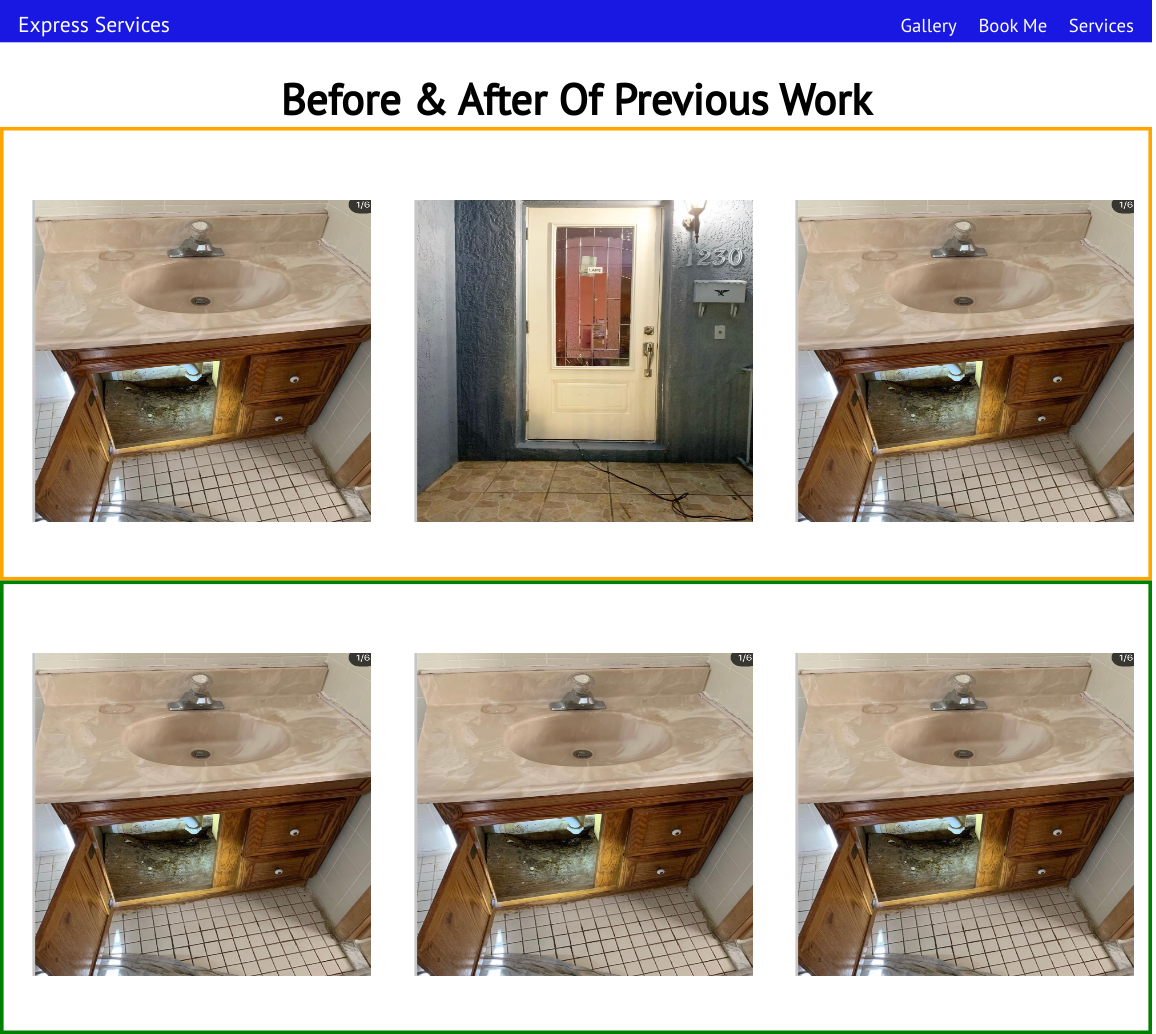
Repository: DrummerDee/mir-miami
Page: /Gallery (app in mr-miami/)
The author's editor kept a copy of each file at every save. The page is drawn from the files as they stood at one save, then again after the next save.
The browser window is 1280 px wide. The page is 1284 px wide, so the pictures cover 1284 px, including what lies to the right of the window. The pictures show the whole page, at 90% of full size.
The project was rebuilt for these pictures with package versions that can differ from the ones it lists, and the page was loaded fresh each time. Also part of the build but not shown: mr-miami/src/Styles/Services.css, mr-miami/src/Components/Services.js, mr-miami/src/Components/Homepage.js, mr-miami/src/Styles/Calendar.css, mr-miami/src/Styles/Times.css, mr-miami/src/Components/Times.js, mr-miami/src/Components/Time.js, mr-miami/src/Components/BookMe.js.

Above is the page before, as saved 2022-09-09 13:51:02.

### mr-miami/public/index.html
<!DOCTYPE html>
<html lang="en">
  <head>
    <meta charset="utf-8" />
    <link rel="icon" href="%PUBLIC_URL%/favicon.ico" />
    <meta name="viewport" content="width=device-width, initial-scale=1" />
    <meta name="theme-color" content="#000000" />
    <meta
      name="description"
      content="Web site created using create-react-app"
    />
    <link rel="apple-touch-icon" href="%PUBLIC_URL%/logo192.png" />
    <!--
      manifest.json provides metadata used when your web app is installed on a
      user's mobile device or desktop. See https://developers.google.com/web/fundamentals/web-app-manifest/
    -->
    <link rel="manifest" href="%PUBLIC_URL%/manifest.json" />
    <!--
      Notice the use of %PUBLIC_URL% in the tags above.
      It will be replaced with the URL of the `public` folder during the build.
      Only files inside the `public` folder can be referenced from the HTML.

      Unlike "/favicon.ico" or "favicon.ico", "%PUBLIC_URL%/favicon.ico" will
      work correctly both with client-side routing and a non-root public URL.
      Learn how to configure a non-root public URL by running `npm run build`.
    -->
    <title>Exotic Express Services</title>
  </head>
  <body>
    <noscript>You need to enable JavaScript to run this app.</noscript>
    <div id="root"></div>
    <!--
      This HTML file is a template.
      If you open it directly in the browser, you will see an empty page.

      You can add webfonts, meta tags, or analytics to this file.
      The build step will place the bundled scripts into the <body> tag.

      To begin the development, run `npm start` or `yarn start`.
      To create a production bundle, use `npm run build` or `yarn build`.
    -->
  </body>
</html>

### mr-miami/src/App.js
import './Styles/App.css';
import { BrowserRouter as Router, Routes, Route } from "react-router-dom";
import Navbar from "./Components/Navbar";
import Services from "./Components/Services";
import Homepage from "./Components/Homepage";
import Gallery from "./Components/Gallery";
import BookMe from "./Components/BookMe";




function App() {
  return (
    <Router>
      <Navbar />
      <Routes>
        <Route path="/" element={<Homepage />} />
        <Route path="/Gallery" element={<Gallery />} />
        <Route path="/Services" element={<Services />} />
        <Route path="/BookMe" element={<BookMe />} />
      </Routes>
    </Router>
  );
}

export default App;

### mr-miami/src/Styles/App.css
@import url('https://fonts.googleapis.com/css2?family=IBM+Plex+Sans:wght@300&family=PT+Sans&display=swap');
* {
  box-sizing: border-box;
  margin: 0;
  padding: 0;
  font-family: 'PT Sans','IBM Plex Sans', sans-serif;
}

/* Gallery Page */
.gallery__body > h1 {
  font-size: 3rem;
  text-align: center;
  margin-top: 2rem;
}

.wrapper {
  display: flex;
  justify-content: center;
  align-items: center;
  border: 0.3rem solid orange;
  height: 70vh;
}
.containers{
  width: 100%;
  display: flex;
  flex-direction: column;
  height: 72%;
  overflow: hidden;
  gap: 0.5rem;
  padding: 1rem 0 0 1rem;
  margin: 1rem 1rem 0 1rem;
  overflow: auto;
  justify-content: center;
}

img{
  transition: all linear 0.6s;
  border: 0.2rem solid rgb(199, 198, 198);
}
.bottom{
  position:absolute;
  top: 0;
  opacity: 0;
  margin-top: 16.5rem;
}
.containers:hover img{
  opacity: 0;
  cursor: pointer;
}
.containers:hover img.bottom{
  opacity: 1;
}
.wrapper__two {
  display: flex;
  justify-content: center;
  align-items: center;
  border: 0.3rem solid green;
  height: 70vh;
}
.containers__two{
  width: 100%;
  display: flex;
  flex-direction: column;
  height: 72%;
  overflow: hidden;
  gap: 0.5rem;
  padding: 1rem 0 0 1rem;
  margin: 1rem 1rem 0 1rem;
  overflow: auto;
  justify-content: center;
}
img{
  transition: all linear 0.6s;
  border: 0.2rem solid rgb(199, 198, 198);
}
.bottom{
  position:absolute;
  top: 0;
  opacity: 0;
  margin-top: 16.5rem;
}
.containers__two:hover img{
  opacity: 0;
  cursor: pointer;
}
.containers__two:hover img.bottom{
  opacity: 1;
}

### mr-miami/src/Components/Navbar.js
import {Link } from 'react-router-dom'; //put this on every single routing page


// This isn't a homepage, just functionality for Navbar in the homepage
const Navbar = () => {
  return (
      <nav className="nav">
        <Link className="Home" to="/"> Express Services </Link>
        <ul>
          <li><Link to="/Gallery">Gallery</Link></li>
          <li><Link to="/BookMe">Book Me</Link></li>
          <li><Link to="/Services">Services</Link></li>
        </ul>
      </nav>
  );
}
export default Navbar;

### mr-miami/src/Components/Gallery.js
import React from "react";
import { LazyLoadImage } from 'react-lazy-load-image-component';
import sinkbefore from '../Assets/sinkbefore.jpeg';
import sinkafter from '../Assets/sinkafter.jpeg';
import doorbefore from '../Assets/Doorbefore.jpeg';
import doorafter from '../Assets/Doorafter.jpeg';
// import pavementbefore from '../Assets/pavementbefore.jpeg';
import pavementafter from '../Assets/pavementafter.jpeg';
import roofafter from '../Assets/roofafter.jpeg';
import roofbefore from '../Assets/roofbefore.jpeg';



function Gallery() {
    return (
        <>
            <main className='gallery__body'>
                <h1> Before & After Of Previous Work </h1>
                <section className='wrapper'>
                    <div className="containers">
                        <LazyLoadImage
                            src={sinkbefore}
                            width={400}
                            height={400}
                            effect='blur'
                            alt='broken sink'
                            className="top"
                        />
                        <LazyLoadImage
                            src={sinkafter}
                            width={400}
                            height={400}
                            effect='blur'
                            alt='broken sink'
                            className="bottom"
                        />
                    </div>
                    <div className="containers">
                        <LazyLoadImage
                            src={doorbefore}
                            width={400}
                            height={400}
                            effect='blur'
                            alt='broken sink'
                            className="top"
                        />
                        <LazyLoadImage
                            src={doorafter}
                            width={400}
                            height={400}
                            effect='blur'
                            alt='broken sink'
                            className="bottom"
                        />
                    </div>
                    <div className="containers">
                        <LazyLoadImage
                            src={sinkbefore}
                            width={400}
                            height={400}
                            effect='blur'
                            alt='broken sink'
                            className="top"
                        />
                        <LazyLoadImage
                            src={sinkafter}
                            width={400}
                            height={400}
                            effect='blur'
                            alt='broken sink'
                            className="bottom"
                        />
                    </div>
                </section>
                <section className='wrapper__two'>
                    <div className="containers__two">
                        <LazyLoadImage
                            src={sinkbefore}
                            width={400}
                            height={400}
                            effect='blur'
                            alt='broken sink'
                            className="top"
                        />
                        <LazyLoadImage
                            src={sinkafter}
                            width={400}
                            height={400}
                            effect='blur'
                            alt='broken sink'
                            className="bottom"
                        />
                    </div>
                    <div className="containers">
                        <LazyLoadImage
                            src={sinkbefore}
                            width={400}
                            height={400}
                            effect='blur'
                            alt='broken sink'
                            className="top"
                        />
                        <LazyLoadImage
                            src={sinkafter}
                            width={400}
                            height={400}
                            effect='blur'
                            alt='broken sink'
                            className="bottom"
                        />
                    </div>
                    <div className="containers">
                        <LazyLoadImage
                            src={sinkbefore}
                            width={400}
                            height={400}
                            effect='blur'
                            alt='broken sink'
                            className="top"
                        />
                        <LazyLoadImage
                            src={sinkafter}
                            width={400}
                            height={400}
                            effect='blur'
                            alt='broken sink'
                            className="bottom"
                        />
                    </div>
                </section>
            </main>

        </>
    );
}










export default Gallery

### mr-miami/src/Styles/Homepage.css
* {
  box-sizing: border-box;
  margin: 0;
  padding: 0;
}

.homeBody {
  position: relative;
  height: 95vh;
  overflow: hidden;
}

.nav {
  background-color: rgb(24, 24, 226);
  color: white;
  display: flex;
  justify-content: space-between;
  align-items: stretch;
  gap: 2rem;
  padding: 0 1rem;
  padding-top: 0.5rem;
  font-size: 1.3rem;
}

.nav ul {
  padding: 0%;
  margin: 0;
  list-style: none;
  display: flex;
  gap: 1rem;
}

.Home {
  font-size: 1.5rem;
}

.nav a {
  display: flex;
  align-items: center;
  color: inherit;
  text-decoration: none;
  height: 100%;
  padding: 0.25rem;
}

.nav li:hover {
  border-top: white 0.2rem solid;
  transition: all 0.3s ease-out;
  padding: 0.25rem;
}

.home {
  display: flex;
  flex-direction: column;
  justify-content: center;
  align-items: center;
}

.homeBody .text {
  background-image: url('../Assets/background.png');
  background-repeat: no-repeat;
  background-size: cover;
  height: 100vh;
  color: white;
  display: flex;
  flex-direction: column;
  align-items: center;
  font-weight: 300;
}

.homeBody .text .homeMainText {
  color: white;
  border-top: 0.4rem solid black;
  border-bottom: 0.4rem solid black;
  font-size: 5rem;
  padding: 0.5rem 0 0.5rem 0;
  margin-top: 6.5rem;
}

.homeBody .text>h3 {
  font-size: 1.2rem;
  padding-top: 2rem;
}

.homeBody .text>h4 {
  font-size: 1.5rem;
  margin: 0;
}

.homeBody .text>p {
  margin-top: 15rem;
  font-size: 1.5rem;
  font-weight: 600;
}

Loaded but not shown: mr-miami/src/index.js (common file); mr-miami/src/reportWebVitals.js (common file)

After the next save:
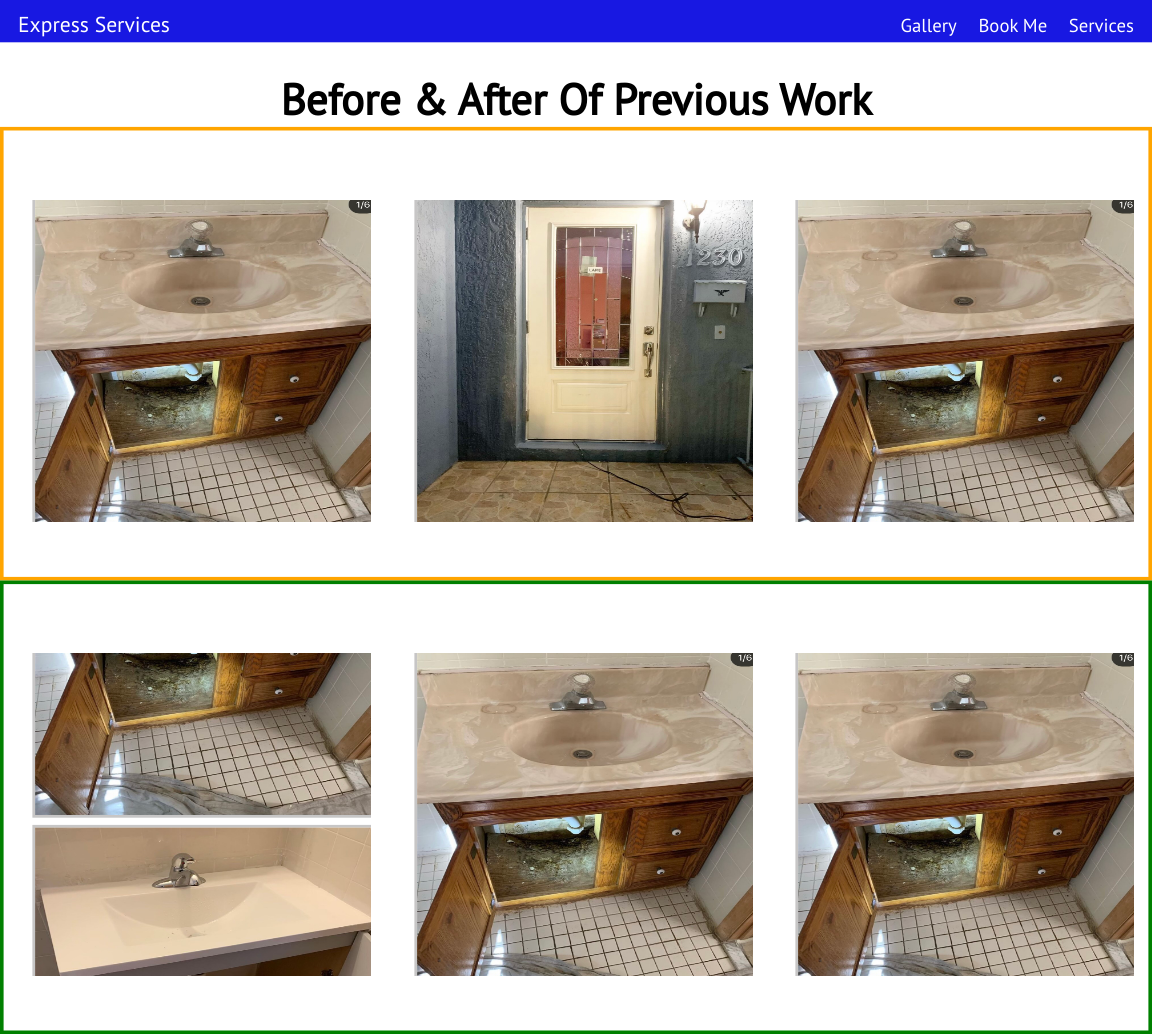
Saved 56 s later.
--- a/mr-miami/src/Components/Gallery.js
+++ b/mr-miami/src/Components/Gallery.js
@@ -88,7 +88,7 @@ function Gallery() {
                             height={400}
                             effect='blur'
                             alt='broken sink'
-                            className="bottom"
+                            className="bottom__two"
                         />
                     </div>
                     <div className="containers">
